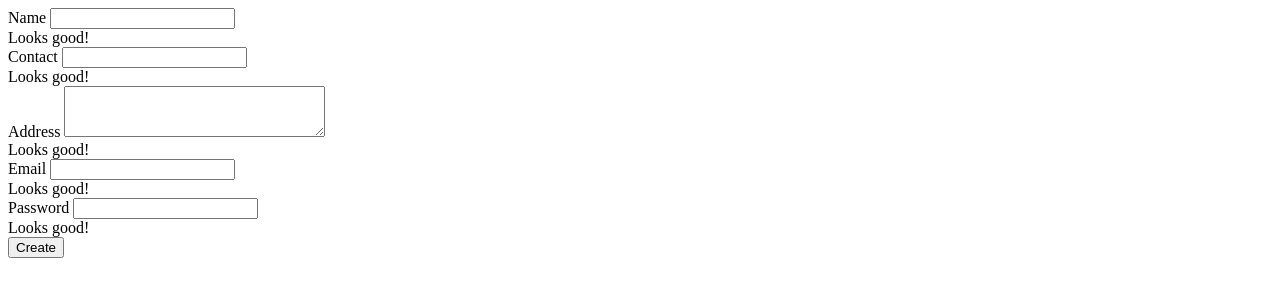
Repository: RahulLanjewar93/doctor
Page: http://localhost/signup.php
An editor plug-in stored every save of this project. The page is shown before and after the next save, followed by the edit.
The browser window is 1280 px wide. The pictures show the whole page.
The page is run by PHP 8.4 with error messages shown; the project is at /var/www/html/.

Above is the page before, as saved 2022-03-17 00:20:58.
Console error: ReferenceError: $ is not defined

After the next save:
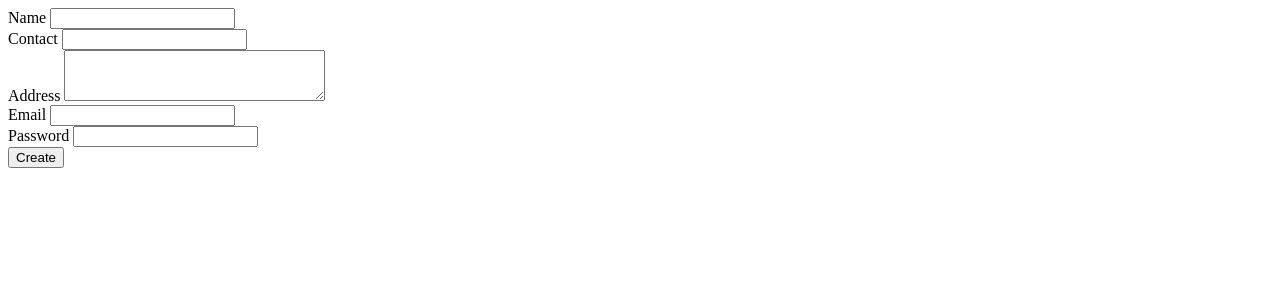
Saved 118 s later.
--- a/signup.php
+++ b/signup.php
@@ -4,37 +4,22 @@
 		<div class="form-group">
 			<label for="" class="control-label">Name</label>
 			<input type="text" name="name" required class="form-control">
-			<div class="valid-feedback">
-				Looks good!
-			</div>
 		</div>
 		<div class="form-group">
 			<label for="" class="control-label">Contact</label>
 			<input type="text" name="contact" required class="form-control">
-			<div class="valid-feedback">
-				Looks good!
-			</div>
 		</div>
 		<div class="form-group">
 			<label for="" class="control-label">Address</label>
 			<textarea cols="30" rows="3" name="address" required class="form-control"></textarea>
-			<div class="valid-feedback">
-				Looks good!
-			</div>
 		</div>
 		<div class="form-group">
 			<label for="" class="control-label">Email</label>
 			<input type="email" name="email" required class="form-control">
-			<div class="valid-feedback">
-				Looks good!
-			</div>
 		</div>
 		<div class="form-group">
 			<label for="" class="control-label">Password</label>
 			<input type="password" name="password" required class="form-control">
-			<div class="valid-feedback">
-				Looks good!
-			</div>
 		</div>
 		<button class="button btn btn-info btn-sm">Create</button>
 	</form>
